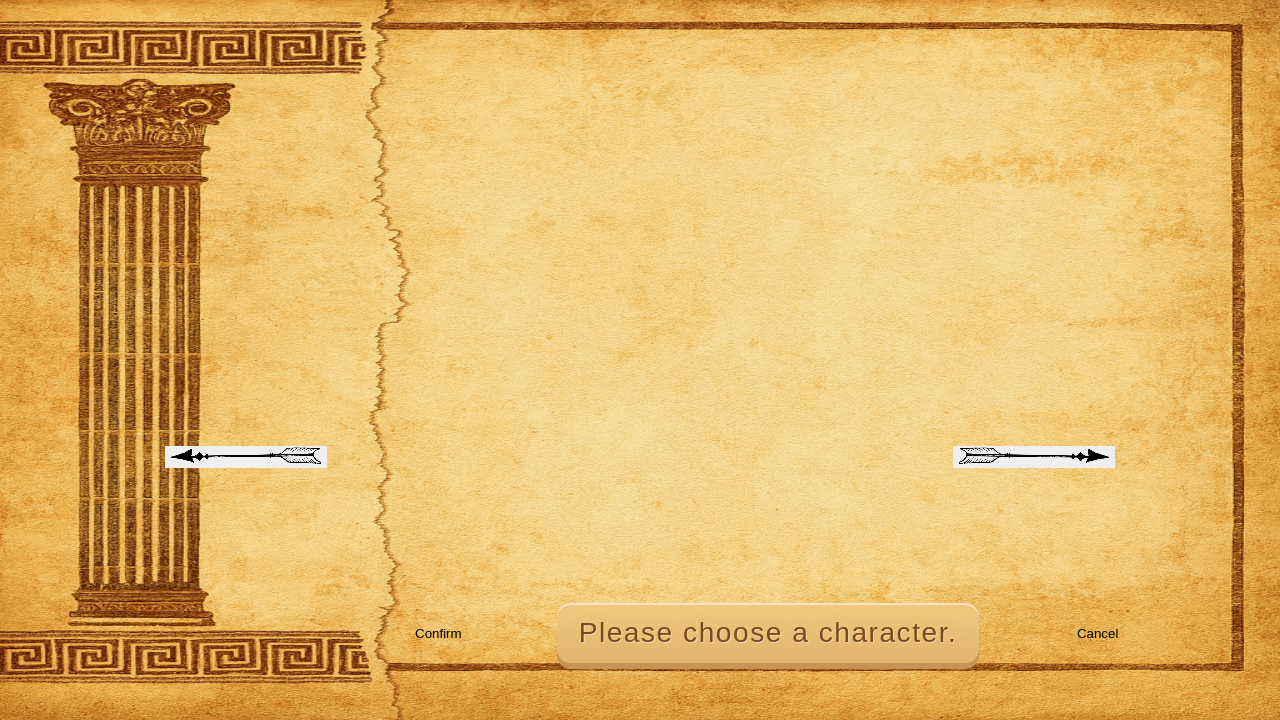
Repository: brianabariteau/Web-1-Final-Project-2025
Page: features/character-selection/character-selection.html
These files come from the project's save history. The page is drawn as it stood at one moment and after a run of saves; the edit follows.
The browser window is 1280 px wide. The pictures show the whole page.
The page's requests for data from a server got no answer. Some web fonts or font styles are not loaded; a fallback is used.

Above is the page before, as saved 2025-12-21 23:46:21.

After the next 2 saves:
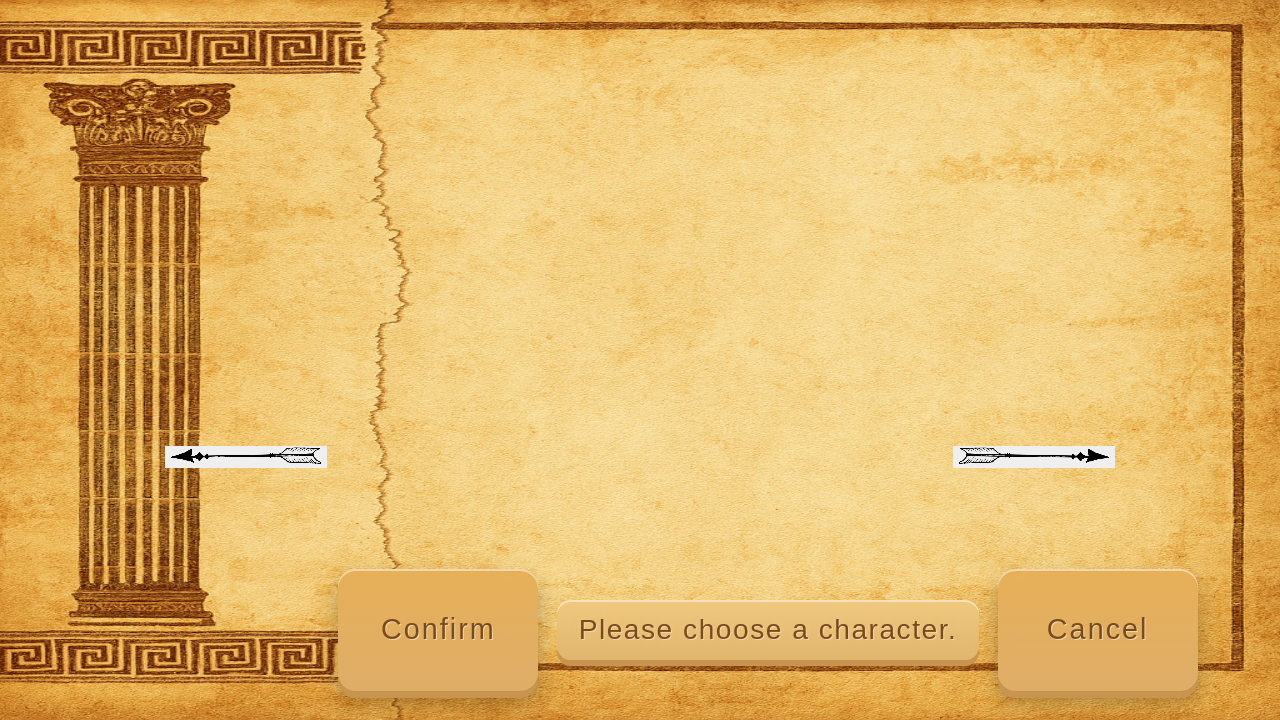
The 2 saves are shown as one change because they came seconds apart.
The last was saved 47 s later.
--- a/features/character-selection/character-selection.css
+++ b/features/character-selection/character-selection.css
@@ -246,10 +246,28 @@ body {
 
 .confirm,
 .cancel {
-  background: transparent;
+  min-width: 200px;
+  padding: 16px 30px;
+
+  background: linear-gradient(to bottom, #e7b058, #dead68);
   border: none;
+  border-radius: 18px;
+
   cursor: pointer;
-  transition: transform 120ms ease;
+
+  box-shadow: inset 0 2px 0 rgba(255, 255, 255, 0.5), 0 7px 0 #c89451,
+    0 12px 22px rgba(0, 0, 0, 0.25);
+
+  transition: transform 0.15s ease, box-shadow 0.15s ease, filter 0.15s ease;
+}
+
+.confirm p,
+.cancel p {
+  font-size: 1.8rem;
+  letter-spacing: 2px;
+  color: #7a4a1f;
+
+  text-shadow: 1px 1px 0 #f3d8a8;
 }
 
 .confirm:hover,
@@ -260,11 +278,6 @@ body {
 /* Position them near bottom-right like your drawing */
 .cancel {
   right: 10%;
-}
-
-.buttonImg {
-  width: 150px;
-  height: auto;
 }
 
 /* ───────────── CHARACTERS ───────────── */
